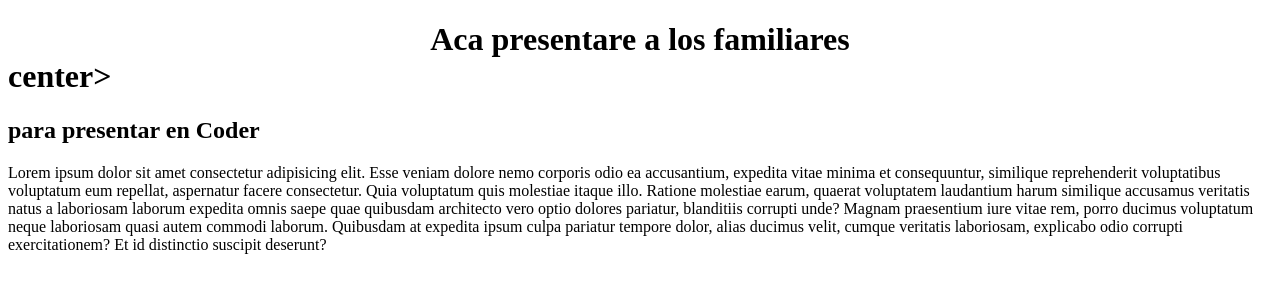
Repository: gadiazsaavedra/Familiares
Page: Familiares/Familiares/plantillas/template1.html
The author's editor kept a copy of each file at every save. The page is drawn from the files as they stood at one save, then again after the next save.
The browser window is 1280 px wide. The pictures show the whole page.

Above is the page before, as saved 2021-12-07 16:17:40.

### Familiares/Familiares/plantillas/template1.html
<!DOCTYPE html>
<html lang="en">
<head>
    <meta charset="UTF-8">
    <meta http-equiv="X-UA-Compatible" content="IE=edge">
    <meta name="viewport" content="width=device-width, initial-scale=1.0">
    <title>Familia</title>
</head>
<body>
    <h1><center>Aca presentare a los familiares</center>center></h1>
    <h2>para presentar en Coder</h2>
    <p>Lorem ipsum dolor sit amet consectetur adipisicing elit. Esse veniam dolore nemo corporis odio ea accusantium, expedita vitae minima et consequuntur, similique reprehenderit voluptatibus voluptatum eum repellat, aspernatur facere consectetur. Quia voluptatum quis molestiae itaque illo. Ratione molestiae earum, quaerat voluptatem laudantium harum similique accusamus veritatis natus a laboriosam laborum expedita omnis saepe quae quibusdam architecto vero optio dolores pariatur, blanditiis corrupti unde? Magnam praesentium iure vitae rem, porro ducimus voluptatum neque laboriosam quasi autem commodi laborum. Quibusdam at expedita ipsum culpa pariatur tempore dolor, alias ducimus velit, cumque veritatis laboriosam, explicabo odio corrupti exercitationem? Et id distinctio suscipit deserunt?</p>
</body>
</html>

After the next save:
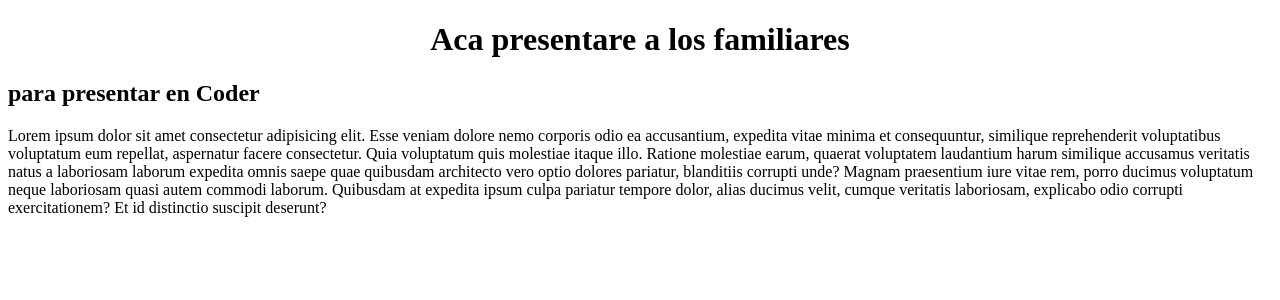
Saved 12 s later.
--- a/Familiares/Familiares/plantillas/template1.html
+++ b/Familiares/Familiares/plantillas/template1.html
@@ -7,7 +7,7 @@
     <title>Familia</title>
 </head>
 <body>
-    <h1><center>Aca presentare a los familiares</center>center></h1>
+    <h1><center>Aca presentare a los familiares</center></h1>
     <h2>para presentar en Coder</h2>
     <p>Lorem ipsum dolor sit amet consectetur adipisicing elit. Esse veniam dolore nemo corporis odio ea accusantium, expedita vitae minima et consequuntur, similique reprehenderit voluptatibus voluptatum eum repellat, aspernatur facere consectetur. Quia voluptatum quis molestiae itaque illo. Ratione molestiae earum, quaerat voluptatem laudantium harum similique accusamus veritatis natus a laboriosam laborum expedita omnis saepe quae quibusdam architecto vero optio dolores pariatur, blanditiis corrupti unde? Magnam praesentium iure vitae rem, porro ducimus voluptatum neque laboriosam quasi autem commodi laborum. Quibusdam at expedita ipsum culpa pariatur tempore dolor, alias ducimus velit, cumque veritatis laboriosam, explicabo odio corrupti exercitationem? Et id distinctio suscipit deserunt?</p>
 </body>
